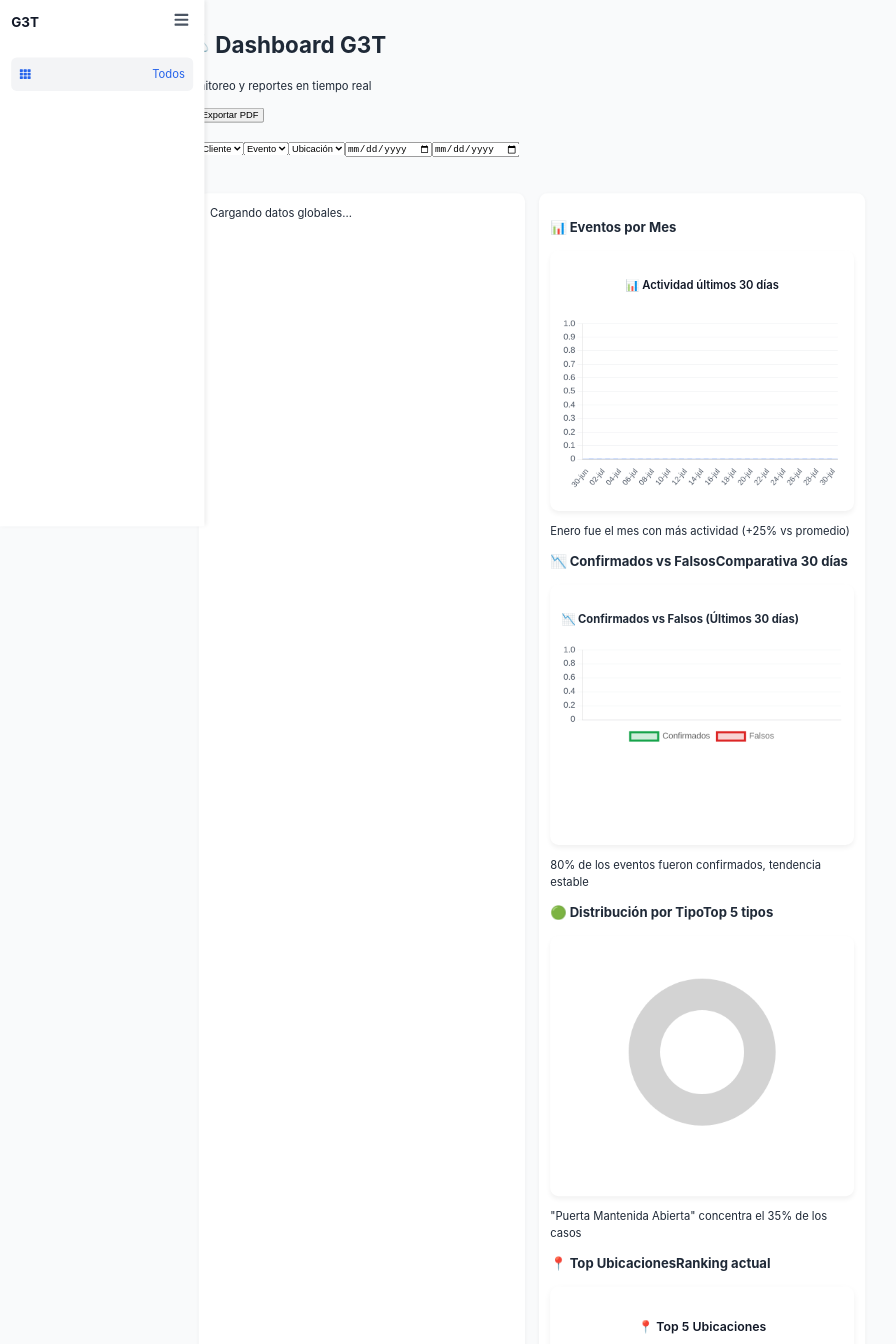
Repository: BBrian11/reportes
Page: /
These files come from the project's save history. The page is drawn as it stood at one moment and after the next save; the edit follows.
The browser window is 1280 px wide. The pictures show the part of the page from y = 0 to 1920 px (the page is 2671 px tall before and 2699 px after), at 70% of full size.
The page's requests for data from a server got no answer. The project was rebuilt for these pictures with package versions that can differ from the ones it lists, and the page was loaded fresh each time. No one was signed in, and anything a server would have sent is missing. Also part of the build but not shown: vite.config.js, src/styles/tgsstats.css, src/components/Dashboard/TgsStats.jsx, src/styles/edificiostats.css, src/components/Dashboard/EdificioStats.jsx, src/styles/vtvstats.css, src/components/Dashboard/VtvStats.jsx, src/styles/globalstats.css and 3 more.

Above is the page before, as saved 2025-07-30 13:07:20.

### index.html
<!DOCTYPE html>
<html lang="es">
  <head>
    <meta charset="UTF-8" />
    <meta name="viewport" content="width=device-width, initial-scale=1.0" />
    <title>Dashboard G3T</title>
  </head>
  <body>
    <div id="root"></div>
    <script type="module" src="/src/main.jsx"></script>
  </body>
</html>

### src/main.jsx
import React from "react";
import ReactDOM from "react-dom/client";
import App from "./App.jsx";
import "./styles/dashboard.css";
import "./styles/form.css";

ReactDOM.createRoot(document.getElementById("root")).render(
  <React.StrictMode>
    <App />
  </React.StrictMode>
);

### src/App.jsx
import React from "react";
import Dashboard from "./components/Dashboard/Dashboard.jsx";

export default function App() {
  return <Dashboard />;
}

### src/styles/dashboard.css
/* ===========================
   DASHBOARD PRO ENTERPRISE
=========================== */
:root {
    --color-primary: #2563eb;
    --color-secondary: #1e40af;
    --color-success: #16a34a;
    --color-warning: #f59e0b;
    --color-danger: #dc2626;
    --color-light: #f9fafb;
    --text-dark: #1f2937;
    --radius: 12px;
    --shadow: 0 6px 18px rgba(0, 0, 0, 0.06);
    --transition: 0.3s ease;
  }

  /* Global */
  body {
    font-family: 'Inter', sans-serif;
    background-color: var(--color-light);
    color: var(--text-dark);
    margin: 0;
    padding: 0;
    line-height: 1.5;
  }

  /* ---- Header ---- */
  .dashboard-header {
    background: linear-gradient(90deg, #0f172a, #1e293b);
    color: #fff;
    padding: 20px 28px;
    display: flex;
    justify-content: space-between;
    align-items: center;
    border-radius: var(--radius);
    box-shadow: var(--shadow);
    margin-bottom: 24px;
  }

  .dashboard-header h1 {
    font-size: 1.75rem;
    font-weight: 700;
  }

  .dashboard-header p {
    font-size: 0.95rem;
    opacity: 0.9;
  }

  .dashboard-header .btn-primary {
    background: #fff;
    color: var(--text-dark);
    font-weight: 600;
    padding: 10px 18px;
    border-radius: var(--radius);
    border: none;
    transition: var(--transition);
  }

  .dashboard-header .btn-primary:hover {
    background: #e5e7eb;
  }

  /* ---- KPI Grid ---- */
  .stats-grid {
    display: grid;
    grid-template-columns: repeat(auto-fit, minmax(160px, 1fr));
    gap: 18px;
    margin-bottom: 28px;
  }

  .stat-card {
    border-radius: var(--radius);
    padding: 20px;
    background: #fff;
    box-shadow: var(--shadow);
    text-align: left;
    transition: transform var(--transition);
  }

  .stat-card:hover {
    transform: translateY(-4px);
  }

  .stat-card .kpi-label {
    font-size: 14px;
    font-weight: 600;
    color: #6b7280;
  }

  .stat-card .kpi-value {
    font-size: 1.8rem;
    font-weight: 800;
    margin: 6px 0;
    color: var(--text-dark);
  }

  .stat-card .kpi-footer {
    font-size: 12px;
    color: #9ca3af;
  }

  /* KPI Accents */
  .kpi-success { border-left: 4px solid var(--color-success); }
  .kpi-warning { border-left: 4px solid var(--color-warning); }
  .kpi-danger { border-left: 4px solid var(--color-danger); }

  /* ---- Filters ---- */
  .filters-box {
    background: #fff;
    padding: 18px;
    border-radius: var(--radius);
    display: flex;
    flex-wrap: wrap;
    gap: 14px;
    box-shadow: var(--shadow);
    margin-bottom: 24px;
  }

  .filter-item {
    flex: 1;
    min-width: 150px;
    display: flex;
    flex-direction: column;
  }

  .filter-label {
    font-size: 13px;
    font-weight: 600;
    color: #374151;
    margin-bottom: 6px;
  }

  .filter-select,
  .filter-input {
    padding: 10px 12px;
    border-radius: 8px;
    border: 1px solid #d1d5db;
    font-size: 14px;
    background: #f9fafb;
    transition: var(--transition);
  }

  .filter-select:focus,
  .filter-input:focus {
    border-color: var(--color-primary);
    background: #fff;
    box-shadow: 0 0 0 3px rgba(37, 99, 235, 0.2);
  }

  /* ---- Analytics Widgets ---- */
  .analytics-widget {
    background: #fff;
    border-radius: var(--radius);
    padding: 24px;
    box-shadow: var(--shadow);
    margin-bottom: 24px;
  }

  .analytics-widget h3 {
    font-size: 1.3rem;
    font-weight: 700;
    color: var(--text-dark);
    margin-bottom: 16px;
  }

  .kpi-card {
    background: #f9fafb;
    border-radius: var(--radius);
    padding: 14px;
    text-align: center;
  }

  .kpi-title {
    font-size: 13px;
    color: #6b7280;
  }

  .kpi-value {
    font-size: 1.6rem;
    font-weight: 700;
    margin: 4px 0;
  }

  .kpi-sub {
    font-size: 12px;
    color: #9ca3af;
  }

  /* ---- Charts ---- */
  .chart-container {
    background: #fff;
    padding: 20px;
    border-radius: var(--radius);
    box-shadow: var(--shadow);
    transition: var(--transition);
  }

  .chart-container:hover {
    transform: scale(1.01);
  }

  /* ---- Table ---- */
  .table-wrapper {
    background: #fff;
    padding: 18px;
    border-radius: var(--radius);
    box-shadow: var(--shadow);
  }

  /* ---- Buttons ---- */
  .btn-primary {
    background: var(--color-primary);
    color: #fff;
    font-weight: 600;
    padding: 10px 16px;
    border-radius: var(--radius);
    border: none;
    transition: var(--transition);
  }

  .btn-primary:hover {
    background: var(--color-secondary);
  }
  .chart-container {
    background: #fff;
    border-radius: var(--radius);
    padding: 16px 20px;
    box-shadow: var(--shadow);
    display: flex;
    flex-direction: column;
  }

  .chart-title {
    font-size: 1rem;
    font-weight: 600;
    color: var(--text-dark);
    margin-bottom: 10px;
    text-align: center;
  }

  .chart-wrapper {
    width: 100%;
    height: 280px; /* Controla la altura del gráfico */
    display: flex;
    justify-content: center;
    align-items: center;
  }

  .chart-wrapper canvas {
    max-height: 100% !important;
    max-width: 100% !important;
  }
  .dashboard-grid {
    display: grid;
    grid-template-columns: 1fr;
    gap: 20px;
    margin-bottom: 20px;
  }

  @media (min-width: 1024px) {
    .dashboard-grid {
      grid-template-columns: 1fr 1fr; /* ✅ Dos columnas en desktop */
    }
  }
  /* Contenedor principal */

/* Espaciado entre secciones */
.dashboard-content > * {
  margin-bottom: 32px;
}



.dashboard-container {
    background: #f9fafb;
    min-height: 100vh;
    display: flex;
    flex-direction: column;
  }

  .dashboard-content {
    max-width: 1500px;
    margin: 0 auto;
    padding: 24px;
  }

  .dashboard-grid {
    display: grid;
    grid-template-columns: 1fr;
    gap: 24px;
    margin-bottom: 32px;
  }

  @media (min-width: 1024px) {
    .dashboard-grid {
      grid-template-columns: repeat(3, 1fr); /* TGS, Edificios, VTV */
    }
  }

  /* KPI Cards */
  .kpi-grid {
    display: grid;
    grid-template-columns: repeat(auto-fit, minmax(220px, 1fr));
    gap: 24px;
    margin-bottom: 32px;
  }

  .card {
    background: #fff;
    border-radius: 12px;
    padding: 20px;
    box-shadow: 0 2px 6px rgba(0, 0, 0, 0.05);
    transition: transform 0.2s ease, box-shadow 0.2s ease;
  }

  .card:hover {
    transform: translateY(-2px);
    box-shadow: 0 4px 10px rgba(0, 0, 0, 0.08);
  }

  .card-title {
    font-size: 0.9rem;
    color: #6b7280;
    margin-bottom: 8px;
  }

  .card-value {
    font-size: 1.8rem;
    font-weight: bold;
    color: #111827;
  }

/* Contenedor principal */
.dashboard-container {
    background: #f9fafb;
    min-height: 100vh;
    display: flex;
    flex-direction: column;
  }

  /* Área de contenido */
  .dashboard-content {
    max-width: 1500px;
    margin: 0 auto;
    padding: 24px;
  }

  /* Grid principal: widgets o secciones */
  .dashboard-grid {
    display: grid;
    grid-template-columns: 1fr;
    gap: 20px;
    margin-bottom: 24px;
  }

  /* Para pantallas grandes */
  @media (min-width: 1024px) {
    .dashboard-grid {
      grid-template-columns: repeat(3, 1fr); /* Tres columnas */
    }
  }

  /* Tarjeta base */
  .card {
    background: #fff;
    border-radius: 12px;
    padding: 16px 20px;
    box-shadow: 0 4px 8px rgba(0, 0, 0, 0.04);
    transition: all 0.2s ease;
  }

  .card:hover {
    transform: translateY(-2px);
    box-shadow: 0 8px 16px rgba(0, 0, 0, 0.08);
  }

  /* Títulos dentro de cards */
  .card-title {
    font-size: 0.95rem;
    color: #6b7280;
    margin-bottom: 8px;
  }

  .card-value {
    font-size: 1.6rem;
    font-weight: bold;
    color: #111827;
  }

  /* KPI Grid: parte superior */
  .kpi-grid {
    display: grid;
    grid-template-columns: repeat(auto-fit, minmax(240px, 1fr));
    gap: 20px;
    margin-bottom: 24px;
  }

  /* Ranking dentro de tarjetas */
  .ranking-list {
    list-style: none;
    padding: 0;
    margin: 0;
  }

  .ranking-item {
    display: flex;
    justify-content: space-between;
    padding: 10px 12px;
    background: #f9fafb;
    border-radius: 8px;
    margin-bottom: 8px;
    font-size: 0.9rem;
  }

  .ranking-item:hover {
    background: #f3f4f6;
  }
  .dashboard-container {
    background: #f9fafb;
    min-height: 100vh;
    display: flex;
    flex-direction: column;
  }

  .dashboard-content {
    max-width: 1400px;
    margin: 0 auto;
    padding: 24px;
    display: flex;
    flex-direction: column;
    gap: 24px;
  }

  .dashboard-grid {
    display: grid;
    grid-template-columns: 1fr;
    gap: 20px;
  }

  @media (min-width: 1024px) {
    .dashboard-grid {
      grid-template-columns: repeat(3, 1fr);
    }
  }

  .chart-grid {
    display: grid;
    grid-template-columns: 1fr;
    gap: 20px;
  }

  @media (min-width: 1024px) {
    .chart-grid {
      grid-template-columns: repeat(2, 1fr);
    }
  }

  .table-container {
    background: #fff;
    padding: 20px;
    border-radius: 12px;
    box-shadow: 0 4px 8px rgba(0, 0, 0, 0.08);
  }
  .dashboard-layout {
    display: flex;
  }

  .dashboard-main {
    flex: 1;
    margin-left: 240px;
    padding: 24px;
    background: #f9fafb;
    transition: margin-left 0.3s ease;
  }

  .sidebar.collapsed + .dashboard-main {
    margin-left: 80px;
  }

  .dashboard-header {
    background: #fff;
    display: flex;
    justify-content: space-between;
    align-items: center;
    padding: 16px 24px;
    border-radius: 12px;
    box-shadow: 0 4px 8px rgba(0, 0, 0, 0.06);
    margin-bottom: 24px;
  }

  .dashboard-header h1 {
    font-size: 1.5rem;
    font-weight: 700;
    color: #1f2937;
  }

  .dashboard-header p {
    font-size: 0.9rem;
    color: #6b7280;
  }

  .btn-primary {
    background: #2563eb;
    color: #fff;
    padding: 10px 18px;
    border-radius: 8px;
    font-weight: 600;
    border: none;
    cursor: pointer;
    transition: background 0.3s;
  }

  .btn-primary:hover {
    background: #1d4ed8;
  }
  /* Contenedor principal */
.dashboard-layout {
  display: flex;
  background: #f9fafb;
  min-height: 100vh;
}

.dashboard-main {
  flex: 1;
  padding: 20px;
  overflow: auto;
}

.dashboard-content {
  display: flex;
  flex-direction: column;
  gap: 20px;
}

/* Grid layout */
.grid-layout {
  display: grid;
  grid-template-columns: repeat(auto-fit, minmax(320px, 1fr));
  gap: 20px;
}

/* Cards y widgets */
.grid-layout > div {
  background: #fff;
  border-radius: 12px;
  box-shadow: 0 2px 6px rgba(0, 0, 0, 0.05);
  padding: 16px;
  transition: transform 0.2s ease;
}

.grid-layout > div:hover {
  transform: translateY(-4px);
}
/* Contenedor principal */
.dashboard-layout {
  display: flex;
  background: #f9fafb;
  min-height: 100vh;
}

.dashboard-main {
  flex: 1;
  padding: 20px;
  overflow: auto;
}

.dashboard-content {
  display: flex;
  flex-direction: column;
  gap: 20px;
}

/* Grid layout */
.grid-layout {
  display: grid;
  grid-template-columns: repeat(auto-fit, minmax(320px, 1fr));
  gap: 20px;
}

/* Cards y widgets */
.grid-layout > div {
  background: #fff;
  border-radius: 12px;
  box-shadow: 0 2px 6px rgba(0, 0, 0, 0.05);
  padding: 16px;
  transition: transform 0.2s ease;
}

.grid-layout > div:hover {
  transform: translateY(-4px);
}

### src/components/Dashboard/Header.jsx
import React from 'react';

export default function Header() {
  return (
    <div className="bg-gradient-to-r from-blue-700 to-indigo-800 text-white p-4 rounded-lg shadow-md flex justify-between items-center mb-4">
      <div>
        <h1 className="text-xl font-bold">📡 Dashboard G3T</h1>
        <p className="text-sm">Monitoreo y reportes en tiempo real</p>
      </div>
      <button className="bg-white text-blue-900 px-4 py-2 rounded shadow hover:bg-gray-200 transition">
        📄 Exportar PDF
      </button>
    </div>
  );
}

### src/components/Dashboard/Filters.jsx
import React from 'react';

export default function Filters() {
  return (
    <div className="bg-white p-4 rounded-lg shadow mb-4 flex flex-wrap gap-2">
      <select className="border p-2 rounded w-full md:w-auto">
        <option>Cliente</option>
      </select>
      <select className="border p-2 rounded w-full md:w-auto">
        <option>Evento</option>
      </select>
      <select className="border p-2 rounded w-full md:w-auto">
        <option>Ubicación</option>
      </select>
      <input type="date" className="border p-2 rounded w-full md:w-auto" />
      <input type="date" className="border p-2 rounded w-full md:w-auto" />
    </div>
  );
}

### src/components/Dashboard/GlobalStats.jsx
import React from "react";
import "../../styles/globalstats.css";

export default function GlobalStats({ eventos }) {
  if (!eventos || eventos.length === 0) {
    return (
      <div className="loading-message">Cargando datos globales...</div>
    );
  }

  // Contar frecuencia de eventos
  const eventCount = {};
  eventos.forEach(e => {
    eventCount[e.evento] = (eventCount[e.evento] || 0) + 1;
  });

  const eventosOrdenados = Object.entries(eventCount)
    .sort((a, b) => b[1] - a[1])
    .slice(0, 5); // Top 5 eventos

  const totalEventos = eventos.length;

  return (
    <div className="global-card">
      <h3 className="global-title">📊 Analítica General</h3>
      <div className="global-grid">
        <div className="global-item">
          <p className="global-label">Total Eventos</p>
          <h2 className="global-value">{totalEventos}</h2>
        </div>
        <div className="global-item">
          <p className="global-label">Eventos únicos</p>
          <h2 className="global-value">{Object.keys(eventCount).length}</h2>
        </div>
      </div>

      <div className="ranking-card">
        <h4 className="ranking-title">Eventos más frecuentes</h4>
        <ul className="ranking-list">
          {eventosOrdenados.map(([evento, count], idx) => (
            <li key={idx} className="ranking-item">
              <span className="ranking-name">{evento}</span>
              <span className="ranking-count">{count}</span>
            </li>
          ))}
        </ul>
      </div>
    </div>
  );
}

### src/styles/sidebar.css
.sidebar {
    width: 260px;
    background: #fff;
    height: 100vh;
    position: fixed;
    top: 0;
    left: 0;
    display: flex;
    flex-direction: column;
    padding: 16px;
    box-shadow: 2px 0 6px rgba(0, 0, 0, 0.08);
    transition: width 0.3s ease;
    overflow: hidden;
  }

  .sidebar.collapsed {
    width: 80px;
  }

  .sidebar-header {
    display: flex;
    justify-content: space-between;
    align-items: center;
    margin-bottom: 20px;
  }

  .logo-text {
    font-size: 1.2rem;
    font-weight: 700;
    color: #111827;
  }

  .toggle-btn {
    background: none;
    border: none;
    font-size: 1.4rem;
    cursor: pointer;
    color: #4b5563;
  }

  .sidebar ul {
    list-style: none;
    padding: 0;
  }

  .sidebar-item {
    margin-bottom: 6px;
  }

  .sidebar-link {
    display: flex;
    align-items: center;
    justify-content: space-between;
    padding: 12px;
    border-radius: 8px;
    color: #374151;
    cursor: pointer;
    transition: background 0.2s ease;
  }

  .sidebar-link:hover,
  .sidebar-link.active {
    background: #f3f4f6;
    color: #2563eb;
  }

  .sub-menu {
    background: #f9fafb;
    margin-top: 6px;
    border-radius: 6px;
    padding: 8px;
  }

  .search-input {
    width: 100%;
    padding: 6px 10px;
    border-radius: 6px;
    border: 1px solid #d1d5db;
    margin-bottom: 8px;
    font-size: 0.9rem;
  }

  .scrollable-list {
    max-height: 180px; /* ✅ Scroll interno */
    overflow-y: auto;
  }

  .scrollable-list ul {
    list-style: none;
    padding-left: 12px;
    margin: 4px 0;
  }

  .sub-item {
    padding: 6px;
    cursor: pointer;
    border-radius: 4px;
    font-size: 0.9rem;
    color: #4b5563;
  }

  .sub-item:hover {
    background: #e5e7eb;
    color: #111827;
  }

  .grupo {
    margin-bottom: 8px;
  }

  .grupo strong {
    font-size: 0.85rem;
    color: #6b7280;
    display: block;
    margin-bottom: 4px;
  }

### src/components/Dashboard/PieChart.jsx
// src/components/Dashboard/PieChart.jsx
import React, { useEffect } from "react";
import * as echarts from "echarts";

export default function PieChart({ eventos }) {
  useEffect(() => {
    const chartDom = document.getElementById("pieChart");
    const myChart = echarts.init(chartDom);

    const eventCounts = {};
    eventos.forEach((e) => {
      eventCounts[e.evento] = (eventCounts[e.evento] || 0) + 1;
    });

    const data = Object.keys(eventCounts).map((key) => ({
      name: key,
      value: eventCounts[key],
    }));

    myChart.setOption({
      tooltip: { trigger: "item" },
      series: [
        {
          type: "pie",
          radius: ["40%", "70%"],
          avoidLabelOverlap: false,
          label: { show: true, formatter: "{b}: {c}" },
          data: data,
        },
      ],
    });

    return () => myChart.dispose();
  }, [eventos]);

  return   <div className="bar-chart-card"><div id="pieChart" style={{ height: "300px" }}></div></div>;
}

### src/components/Dashboard/HorizontalChart.jsx
import { Bar } from "react-chartjs-2";
import "../../styles/horizontalchart.css"; // ✅ Nueva hoja de estilos

export default function HorizontalChart({ eventos }) {
  const countByLocation = {};
  eventos.forEach(e => {
    countByLocation[e.ubicacion] = (countByLocation[e.ubicacion] || 0) + 1;
  });

  const sorted = Object.entries(countByLocation)
    .sort((a, b) => b[1] - a[1])
    .slice(0, 5);

  const labels = sorted.map(([loc]) => loc);
  const values = sorted.map(([_, count]) => count);
  const total = values.reduce((a, b) => a + b, 0);

  const colors = ["#2563eb", "#16a34a", "#f59e0b", "#dc2626", "#6b7280"];

  const data = {
    labels,
    datasets: [
      {
        label: "Eventos",
        data: values,
        backgroundColor: colors,
        borderRadius: 6,
        barThickness: 28,
      },
    ],
  };

  const options = {
    indexAxis: "y",
    responsive: true,
    maintainAspectRatio: false,
    plugins: {
      legend: { display: false },
      tooltip: {
        callbacks: {
          label: (ctx) => {
            const count = ctx.parsed.x;
            const pct = ((count / total) * 100).toFixed(1);
            return ` ${count} eventos (${pct}%)`;
          },
        },
      },
    },
    scales: {
      x: {
        ticks: {
          callback: (value) => value + " evt",
        },
      },
    },
  };

  return (
    <div className="horizontal-chart-card">
      <h4 className="horizontal-chart-title">📍 Top 5 Ubicaciones</h4>
      <div className="horizontal-chart-wrapper">
        <Bar data={data} options={options} />
      </div>
      <div className="horizontal-chart-footer">
        Total: <span>{total}</span> eventos
      </div>
    </div>
  );
}

### src/styles/eventstable.css
.event-table-card {
    background: #fff;
    border-radius: 12px;
    box-shadow: 0 4px 8px rgba(0,0,0,0.08);
    padding: 20px;
    margin-top: 20px;
    overflow: hidden;
  }

  .table-header {
    display: flex;
    flex-direction: column;
    margin-bottom: 16px;
  }

  .table-title {
    font-size: 1rem;
    font-weight: 700;
    color: #111827;
    display: flex;
    align-items: center;
    gap: 8px;
  }

  .table-subtitle {
    font-size: 0.85rem;
    color: #6b7280;
  }

  .rdt_TableHeader {
    border-bottom: 1px solid #e5e7eb;
  }

  .rdt_Table {
    font-size: 14px;
  }

  .rdt_TableRow {
    transition: background 0.2s ease;
  }

  .rdt_TableRow:hover {
    background: #f9fafb;
  }

  .rdt_Pagination {
    border-top: 1px solid #e5e7eb;
    padding: 10px;
    font-size: 0.85rem;
  }

### src/styles/barChart.css
.bar-chart-card {
    background: #fff;
    border-radius: 12px;
    padding: 16px;
    box-shadow: 0 4px 8px rgba(0, 0, 0, 0.06);
    display: flex;
    flex-direction: column;
    gap: 12px;
    height: 340px;
  }

  .bar-chart-title {
    font-size: 1rem;
    font-weight: 600;
    color: #111827;
    text-align: center;
  }

  .bar-chart-wrapper {
    position: relative;
    height: 250px;
  }

### src/styles/horizontalchart.css
.horizontal-chart-card {
    background: #fff;
    border-radius: 12px;
    padding: 20px;
    box-shadow: 0 4px 10px rgba(0, 0, 0, 0.06);
    display: flex;
    flex-direction: column;
    justify-content: space-between;
    height: 100%;
    transition: transform 0.2s ease, box-shadow 0.2s ease;
  }

  .horizontal-chart-card:hover {
    transform: translateY(-4px);
    box-shadow: 0 8px 16px rgba(0, 0, 0, 0.08);
  }

  .horizontal-chart-title {
    font-size: 1.1rem;
    font-weight: 600;
    color: #111827;
    margin-bottom: 16px;
    text-align: center;
  }

  .horizontal-chart-wrapper {
    position: relative;
    height: 300px;
    margin-bottom: 12px;
  }

  .horizontal-chart-footer {
    font-size: 0.9rem;
    color: #6b7280;
    text-align: center;
    margin-top: 8px;
  }

  .horizontal-chart-footer span {
    font-weight: bold;
    color: #2563eb;
  }

Loaded but not shown: src/services/firebase.js (16 lines, source omitted); src/components/Dashboard/Dashboard.jsx (123 lines, source omitted); src/components/Dashboard/Sidebar.jsx (143 lines, source omitted); src/components/Dashboard/Charts.jsx (83 lines, source omitted); src/components/Dashboard/LineChart.jsx (99 lines, source omitted); src/components/Dashboard/EventsTable.jsx (91 lines, source omitted); src/components/Dashboard/BarChart.jsx (80 lines, source omitted)

After the next save:
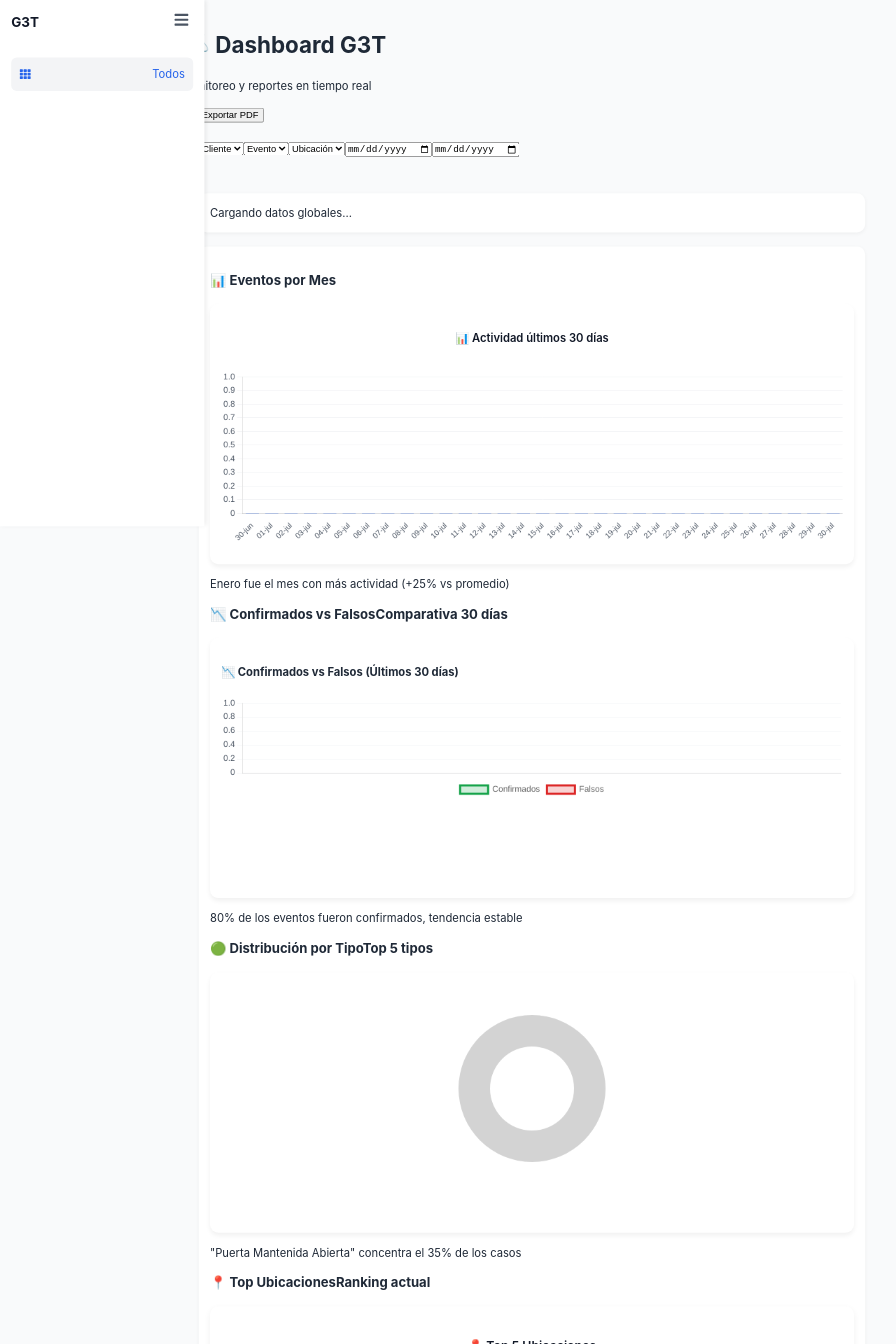
Saved 28 s later.
--- a/src/styles/dashboard.css
+++ b/src/styles/dashboard.css
@@ -574,7 +574,7 @@
 /* Grid layout */
 .grid-layout {
   display: grid;
-  grid-template-columns: repeat(auto-fit, minmax(320px, 1fr));
+  grid-template-columns: repeat(auto-fit, minmax(520px, 1fr));
   gap: 20px;
 }
 
